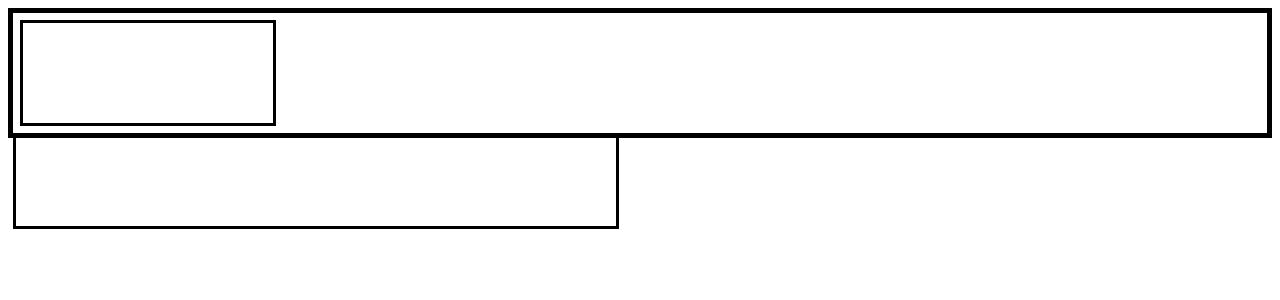
Repository: cartervandekamp/htmlstructure.mdia2003
Page: htmlstructure-psd/index.html
The author's editor kept a copy of each file at every save. The page is drawn from the files as they stood at one save, then again after the next save.
The browser window is 1280 px wide. The pictures show the whole page.

Above is the page before, as saved 2023-01-16 18:02:23.

### htmlstructure-psd/index.html
<!DOCTYPE html>
<html lang="en">
<head>
    <title>Document</title>
    <link rel="stylesheet" href="style.css">
</head>
<body>
    <div class="toprow">
        <div class="topleft"></div>
        <div class="topmiddle"></div>
        <div class="topright"></div>
    </div>
    <div class="thinbar"></div>
    <div class="secondrow">
        <div class="secondleft"></div>
        <div class="secondmiddle"></div>
        <div class="secondright"></div>
    </div>
    <div class="middlecontent">
        <div class="middleleftone">
            <div class="titletextone"></div>
            <div class="bodytextone"></div>
            <div class="footerone"></div>
        </div>
        <div class="middlelefttwo">
            <div class="titletexttwo"></div>
            <div class="bodytexttwo"></div>
            <div class="footertwo"></div>
        </div>
    </div>
    <div class="middlerightone"></div>
    <div class="middlerighttwo"></div>
    <div class="middlerightthree"></div>
    <div class="middletextfour"></div>
<div class="footer">
    <div class="footertitle"></div>
    <div class="footercontent">
        <div class="footercontentone"></div>
        <div class="footercontenttwo"></div>
        <div class="footercontentthree"></div>
        <div class="footercontentfour"></div>
    </div>
    <div class="footerbottom"></div>
</div>

</body>
</html>

### htmlstructure-psd/style.css
body {
    border-style: solid;
    border-color: black;
    border-width: 2px;
}

.toprow {
    height: 120px;
    border-style: solid;
    border-color: black;
}

.topleft {
    height: 100px;
    width: 250px;
    margin: 7px;
    border-style: solid;
    border-color: black;
}

.topmiddle {
    height: 90px;
    width: 600px;
    border-style: solid;
    border-color: black;
    align-items: center;
    align-content: center;
}

After the next save:
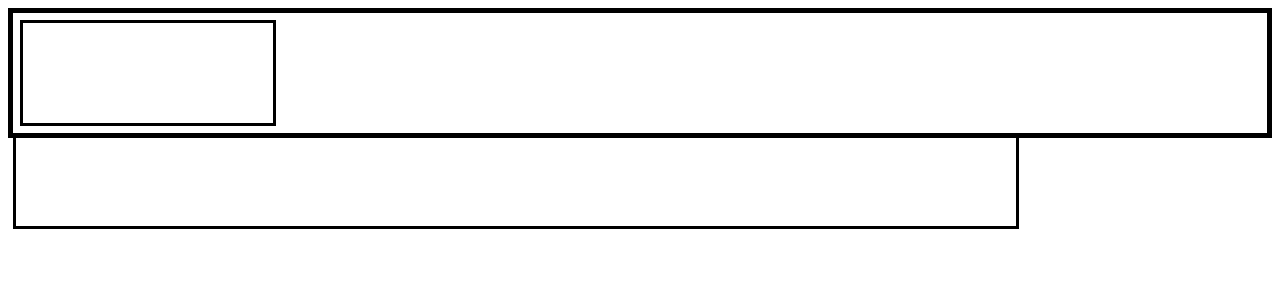
Saved 10 s later.
--- a/htmlstructure-psd/style.css
+++ b/htmlstructure-psd/style.css
@@ -24,5 +24,5 @@ body {
     border-style: solid;
     border-color: black;
     align-items: center;
-    align-content: center;
+padding-left: 400px;
 }
